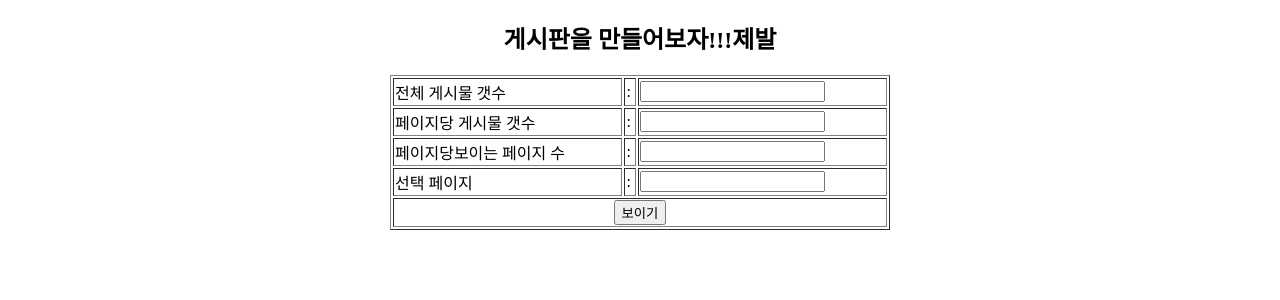
Repository: DrakeJU/eclipse-workspace
Page: Web/WebContent/01/PostBoardIndex.html
An editor plug-in stored every save of this project. The page is shown before and after the next save, followed by the edit.
The browser window is 1280 px wide. The pictures show the whole page.

Above is the page before, as saved 2017-10-13 05:40:43.

After the next save:
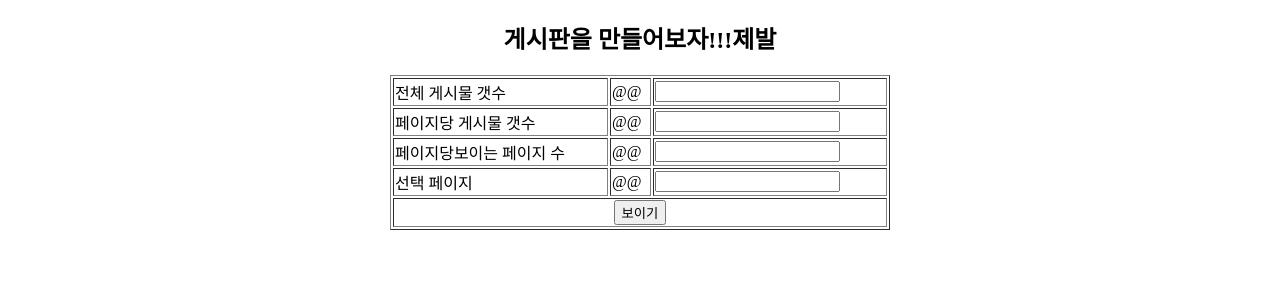
Saved 54 min 58 s later.
--- a/Web/WebContent/01/PostBoardIndex.html
+++ b/Web/WebContent/01/PostBoardIndex.html
@@ -9,16 +9,16 @@
 				<form action = "/PostBoard" method = "post">
 				<table border="1" width = "500" heigth = "300" align = "center">
 					<tr>
-						<td>전체 게시물 갯수</td> <td>:</td><td><input type="text" name="TotalPost"><br></td>
+						<td>전체 게시물 갯수</td> <td>@@</td><td><input type="text" name="TotalPost"><br></td>
 					</tr>
 					<tr>
-						<td>페이지당 게시물 갯수</td><td>:</td><td><input type="text" name="PageLimit"><br></td>
+						<td>페이지당 게시물 갯수</td><td>@@</td><td><input type="text" name="PageLimit"><br></td>
 					</tr>
 					<tr>
-						<td>페이지당보이는 페이지 수</td> <td>:</td><td><input type="text" name="NumPerPage"><br></td>
+						<td>페이지당보이는 페이지 수</td> <td>@@</td><td><input type="text" name="NumPerPage"><br></td>
 					</tr>
 					<tr>
-						<td>선택 페이지</td> <td>:</td><td><input type="text" name="CurrentPage"><br></td>
+						<td>선택 페이지</td> <td>@@</td><td><input type="text" name="CurrentPage"><br></td>
 					</tr>
 					<tr>
 						<td colspan = "3" align = "center"><input type = submit value = "보이기" ></td>
